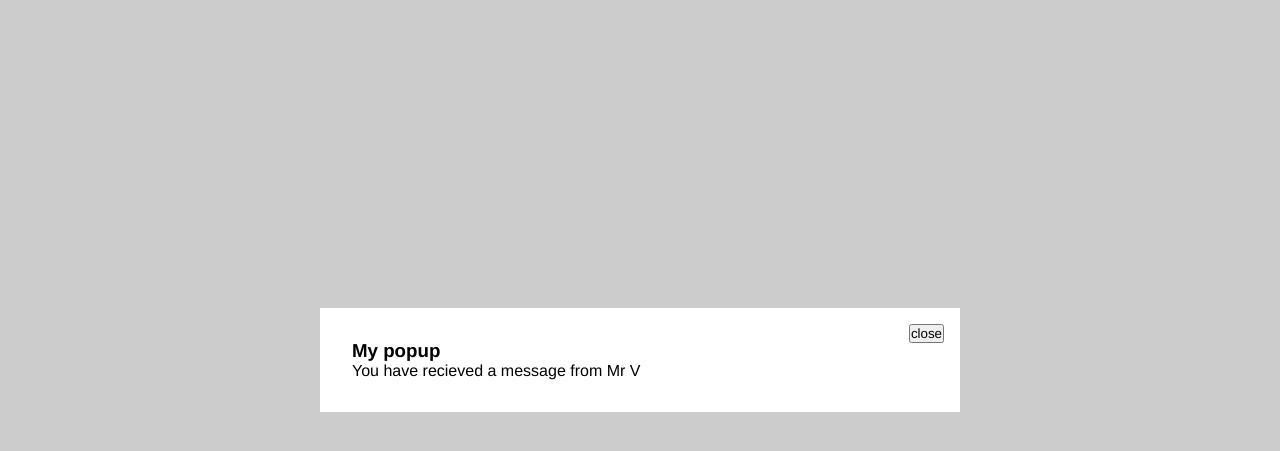
Repository: ThabangMpiti/notification3
Page: / (app in notipopu/)
An editor plug-in stored every save of this project. The page is shown before and after the next save, followed by the edit.
The browser window is 1280 px wide. The pictures show the whole page.
The project was rebuilt for these pictures with package versions that can differ from the ones it lists, and the page was loaded fresh each time.

Above is the page before, as saved 2023-07-17 04:20:20.

After the next save:
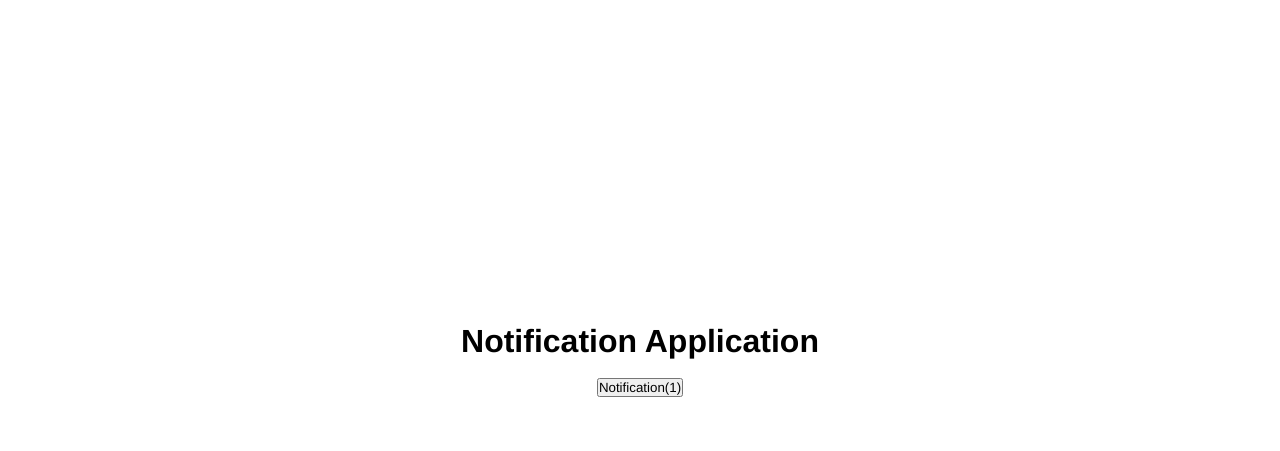
Saved 4 h 41 min later.
--- a/notipopu/src/App.js
+++ b/notipopu/src/App.js
@@ -10,11 +10,12 @@ function App() {
       <h1>Notification Application</h1>
       <br/>
       <button onClick={() => setbuttonPopup(true)}>Notification(1)</button>
-      <Popup trigger={true}>
+
+      </main>
+      <Popup trigger={buttonPopup}>
         <h3>My popup</h3>
         <p>You have recieved a message from Mr V</p>
       </Popup>
-      </main>
     </div>
   );
 }
